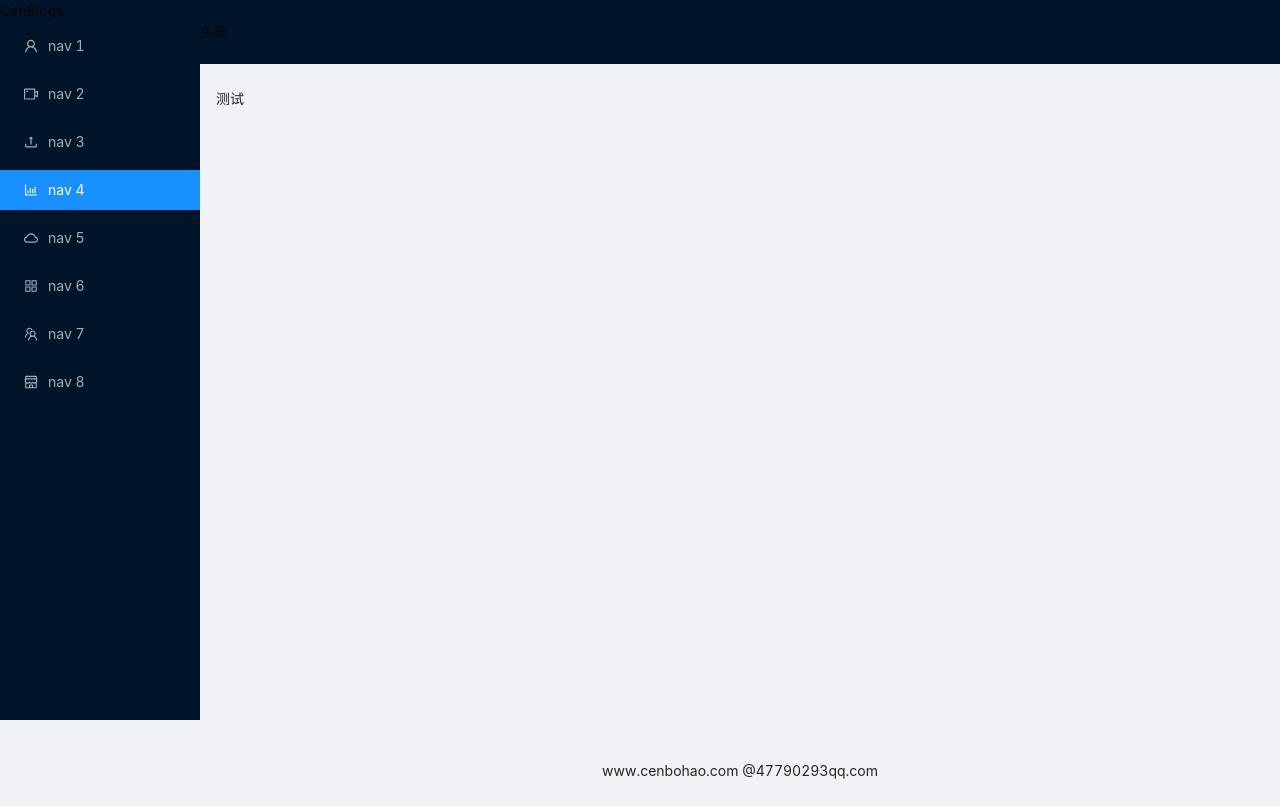
Repository: CBH20010703/BlogsAntd
Page: /
An editor plug-in stored every save of this project. The page is shown before and after the next save, followed by the edit.
The browser window is 1280 px wide. The pictures show the whole page.
The project was rebuilt for these pictures with package versions that can differ from the ones it lists, and the page was loaded fresh each time. Also part of the build but not shown: src/view/Home/Home.css, src/view/404/Error.jsx.

Above is the page before, as saved 2021-06-20 22:44:12.

### src/index.js
import React from 'react';
import ReactDOM from 'react-dom';
import './index.css';
import App from './App';



ReactDOM.render(<App />,document.getElementById('root'));

### src/App.js
import './App.css';
import { React, Component } from "react";
import Headers from './component/Header/Headers';
import MenuList from './component/Menu/MenuList';
import Footers from './component/Footer/Footers';
import RouterMap from './router/RouterMap';
import { Layout} from 'antd';

const {  Content, Sider } = Layout;
export default class  App extends Component {
  constructor(props) {
    super(props);
    this.state = {  collapsed: false, }
  }
   toggle = () => {
    this.setState({
      collapsed: !this.state.collapsed,
    });
  };
  render() {
    return (
      <Layout>
    <Sider
      style={{
        overflow: 'auto',
        height: '100vh',
        position: 'fixed',
        left: 0,
      }}
    >
       <MenuList/>
    </Sider>
    <Layout className="site-layout" style={{ marginLeft: 200 }}>
      <Headers></Headers>
     <Content style={{ margin: '24px 16px 0', overflow: 'initial',height:"90vh" }}>
          <RouterMap />
      </Content>
      <Footers/>
    </Layout>
  </Layout>
    );
  }
}

### src/component/Header/Headers.jsx
import React, { Component } from 'react'
import { Layout } from 'antd';
const { Header } = Layout;
export default class Headers extends Component {
    render() {
        return (
            <div>
                <Header className="site-layout-background" style={{ padding: 0 }} > 头部</Header>
            </div>
        )
    }
}

### src/component/Menu/MenuList.jsx
import React, { Component } from 'react'
import { Menu } from 'antd';
import {
  AppstoreOutlined,
  BarChartOutlined,
  CloudOutlined,
  ShopOutlined,
  TeamOutlined,
  UserOutlined,
  UploadOutlined,
  VideoCameraOutlined,
} from '@ant-design/icons';
export default class MenuList extends Component {
    render() {
        return (
            <div>
          <div className="logo" >
            CenBlogs
          </div>
      <Menu theme="dark" mode="inline" defaultSelectedKeys={['4']}>
        <Menu.Item key="1" icon={<UserOutlined />}>
          nav 1
        </Menu.Item>
        <Menu.Item key="2" icon={<VideoCameraOutlined />}>
          nav 2
        </Menu.Item>
        <Menu.Item key="3" icon={<UploadOutlined />}>
          nav 3
        </Menu.Item>
        <Menu.Item key="4" icon={<BarChartOutlined />}>
          nav 4
        </Menu.Item>
        <Menu.Item key="5" icon={<CloudOutlined />}>
          nav 5
        </Menu.Item>
        <Menu.Item key="6" icon={<AppstoreOutlined />}>
          nav 6
        </Menu.Item>
        <Menu.Item key="7" icon={<TeamOutlined />}>
          nav 7
        </Menu.Item>
        <Menu.Item key="8" icon={<ShopOutlined />}>
          nav 8
        </Menu.Item>
      </Menu>
            </div>
        )
    }
}

### src/component/Footer/Footers.jsx
import React, { Component } from 'react'
import { Layout } from 'antd';
const {  Footer } = Layout;
export default class Footers extends Component {
    render() {
        return (
            <div>
               <Footer style={{ textAlign: 'center' }}>www.cenbohao.com @47790293qq.com</Footer>
            </div>
        )
    }
}

### src/router/RouterMap.js
import React from 'react'
import { HashRouter, Route, Switch} from 'react-router-dom'
import Home from "../view/Home/Home.jsx";
import Error from "../view/404/Error.jsx";
export default class RouterMap  extends React.Component {
    updateHandle() {
        console.log('每次router变化之后都会触发')
    }
    render() {
        return (
            <HashRouter>
                <Switch>
                    <Route exact path="/" component={Home} />
                    <Route  path="*" component={Error} />
               </Switch>
            </HashRouter>
        )
    }
}

### src/view/Home/Home.jsx
import React, { Component } from 'react'
import "./Home.css"
export default class Home extends Component {
      handleClick = e => {
    console.log('click ', e);
  };
    render() {
        return (
            <div>
                测试
            </div>
        )
    }
}

Loaded but not shown: public/index.html (common file); src/index.css (common file); src/App.css (common file)

After the next save:
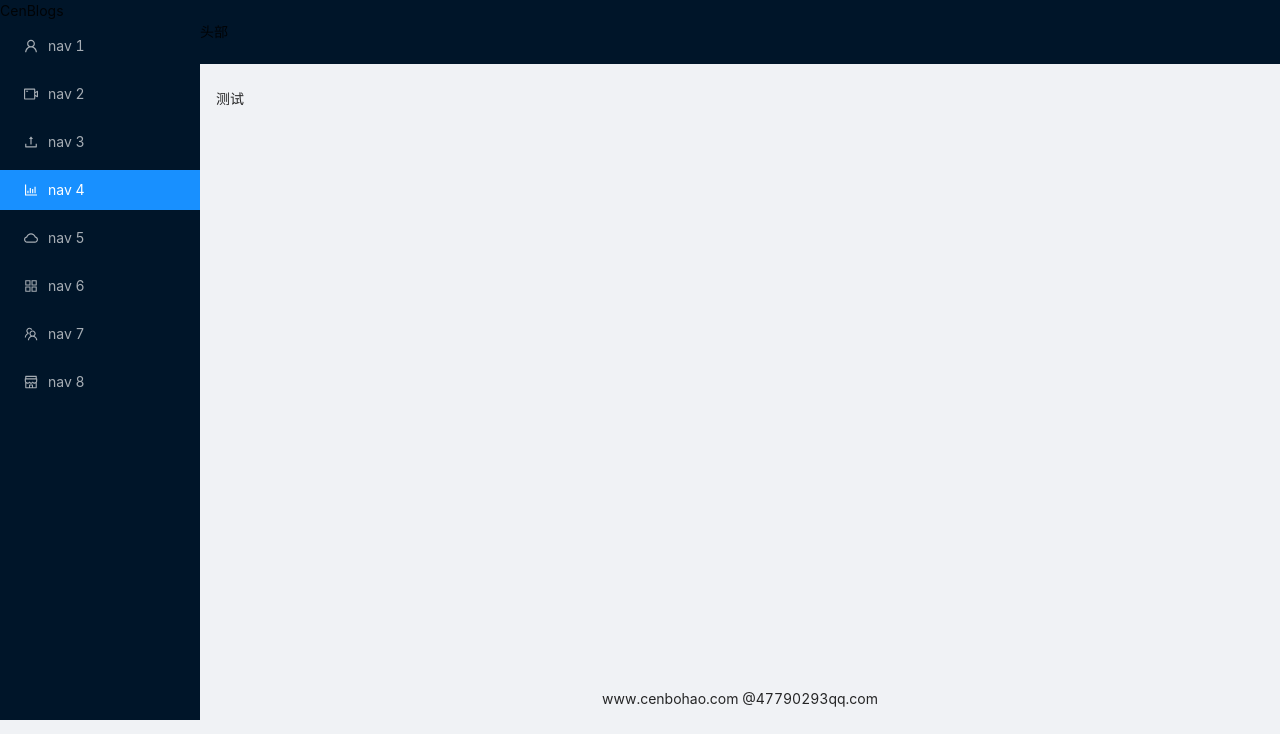
Saved 8 s later.
--- a/src/App.js
+++ b/src/App.js
@@ -32,7 +32,7 @@
     </Sider>
     <Layout className="site-layout" style={{ marginLeft: 200 }}>
       <Headers></Headers>
-     <Content style={{ margin: '24px 16px 0', overflow: 'initial',height:"90vh" }}>
+     <Content style={{ margin: '24px 16px 0', overflow: 'initial',height:"80vh" }}>
           <RouterMap />
       </Content>
       <Footers/>
